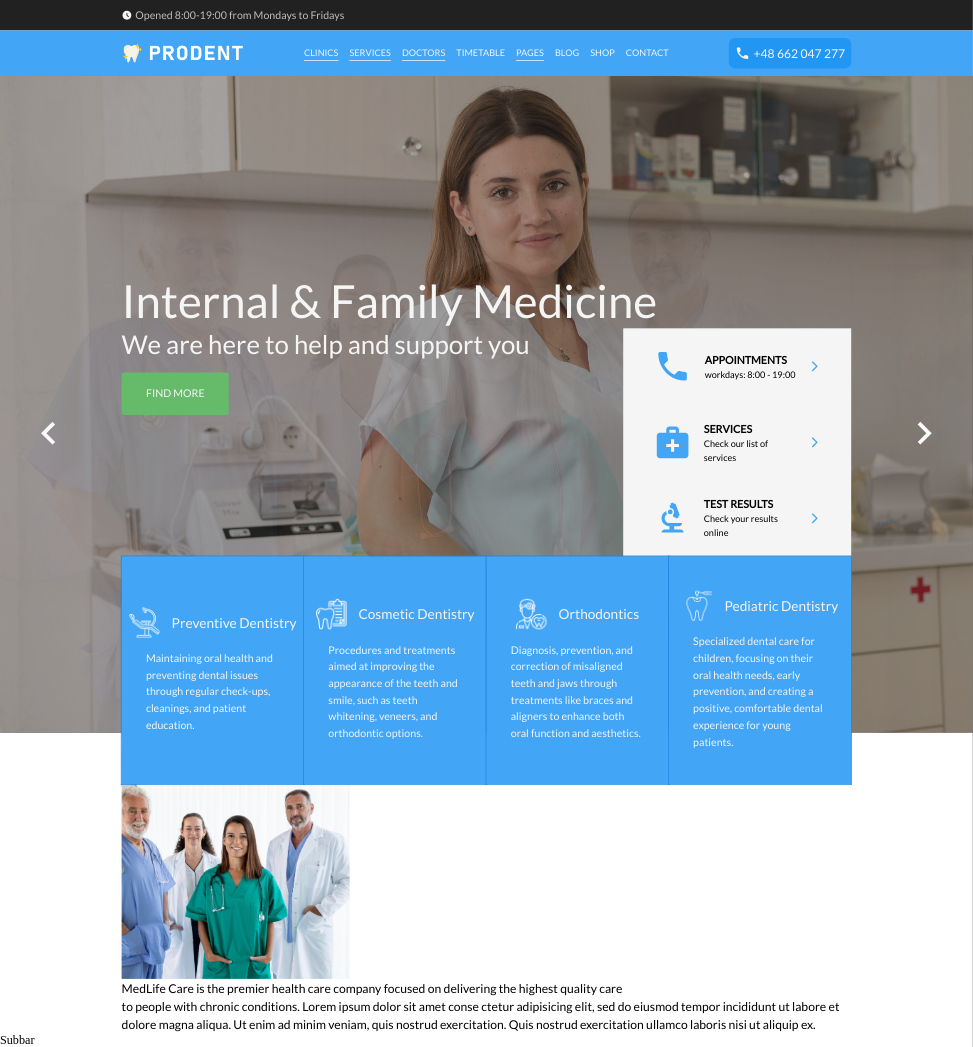
Repository: princ3-web/8
Page: /
These files come from the project's save history. The page is drawn as it stood at one moment and after a run of saves; the edit follows.
The browser window is 1280 px wide. The pictures show the whole page, at 76% of full size.
The project was rebuilt for these pictures with package versions that can differ from the ones it lists, and the page was loaded fresh each time. Also part of the build but not shown: vite.config.js, src/subpages/About.jsx, src/index.css.

Above is the page before, as saved 2023-11-02 15:14:13.

After the next 4 saves:
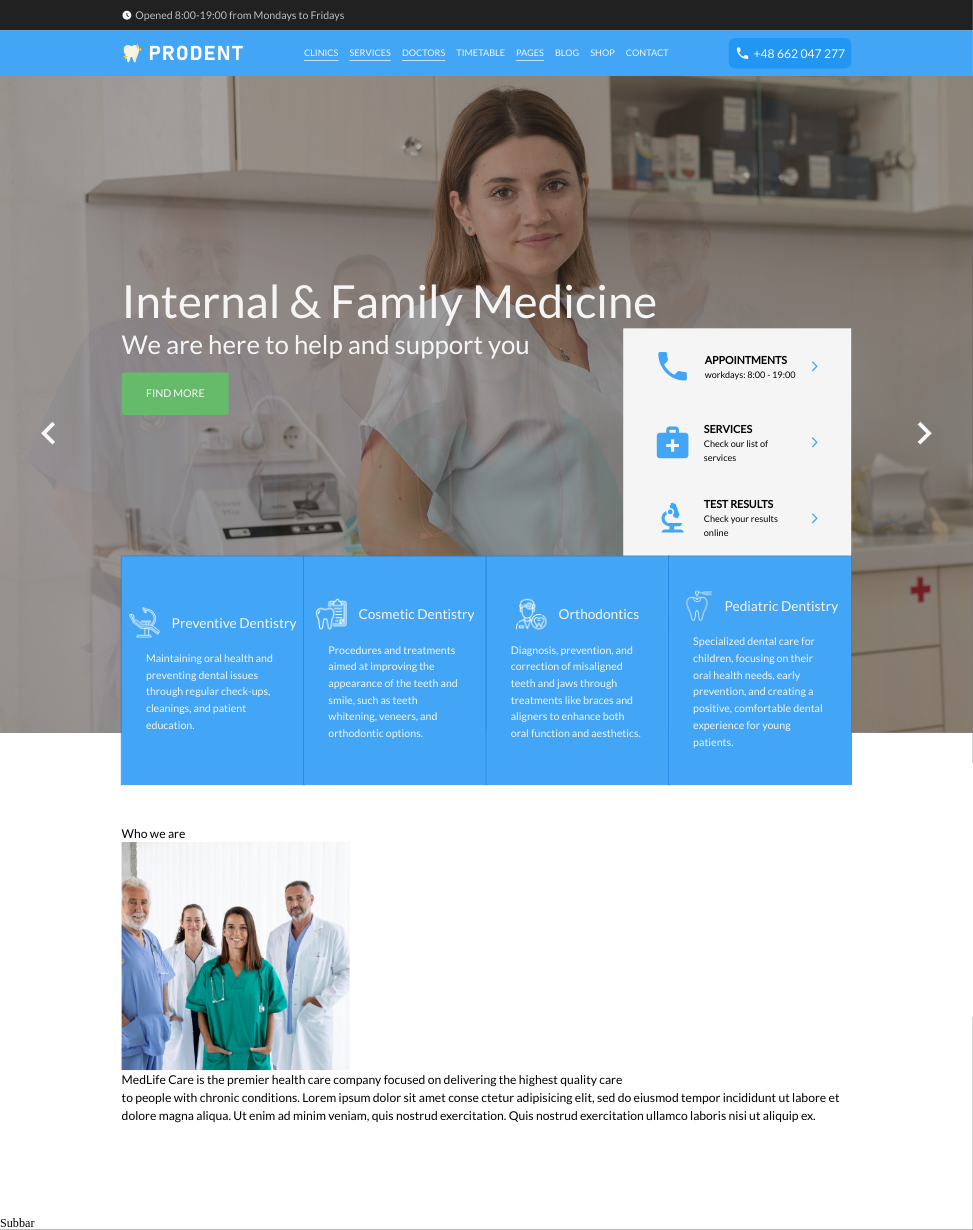
The 4 saves are shown as one change because they came seconds apart.
The last was saved 17 s later.
--- a/src/subpages/Home.jsx
+++ b/src/subpages/Home.jsx
@@ -232,7 +232,7 @@ const Home = () => {
         </Button>
       </Box>
       <Menu />
-      <Box sx={{boxSizing:"border-box", px:"160px"}}>
+      <Box sx={{boxSizing:"border-box", px:"160px", py:"120px"}}>
         <Typography>Who we are</Typography>
         <Box>
           <CardMedia component="img" src={image1} alt="" sx={{ width: "300px", height: "300px" }} />
